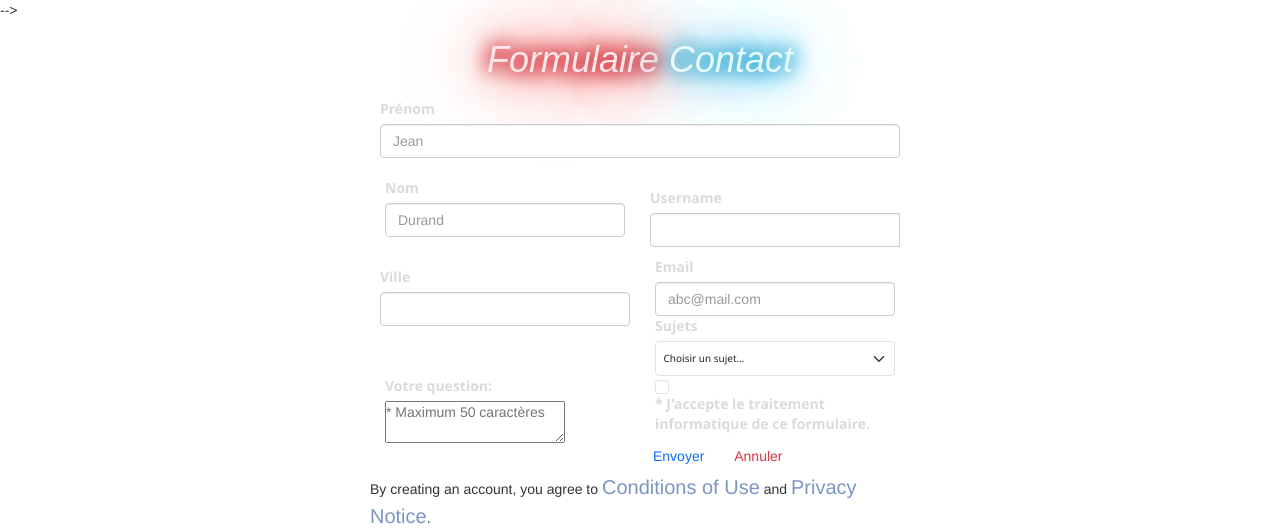
Repository: fab5052/Site
Page: contact.html
The author's editor kept a copy of each file at every save. The page is drawn from the files as they stood at one save, then again after the next save.
The browser window is 1280 px wide. The pictures show the part of the page from y = 646 to 1176 px (the page is 1176 px tall before and 1156 px after).
Backgrounds fixed to the window are drawn as part of the page. Some web libraries are served in a nearby version.

Above is the page before, as saved 2024-03-13 20:08:16.

After the next save:
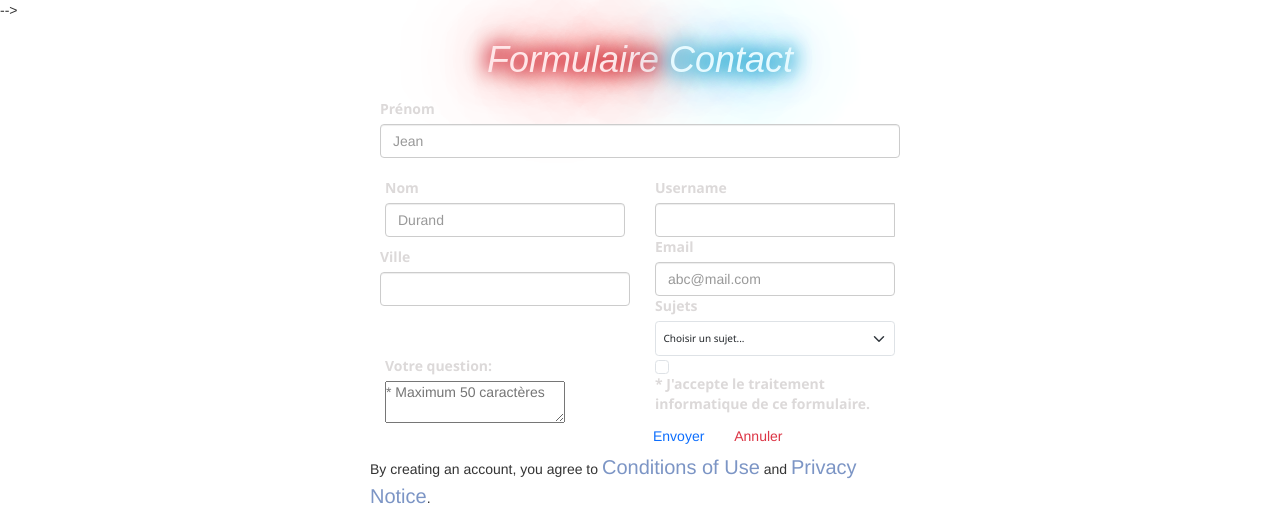
Saved 17 s later.
--- a/contact.html
+++ b/contact.html
@@ -204,7 +204,7 @@
         </div>
 
 
-        <div class="col-md-6 p-3">
+        <div class="col-md-6">
           <span><label for="validationCustomUsername" class="form-label">Username</label></span>
           <div class="input-group has-validation">
             <input type="text" class="form-control" id="validationCustom01" aria-describedby="inputGroupPrepend"
